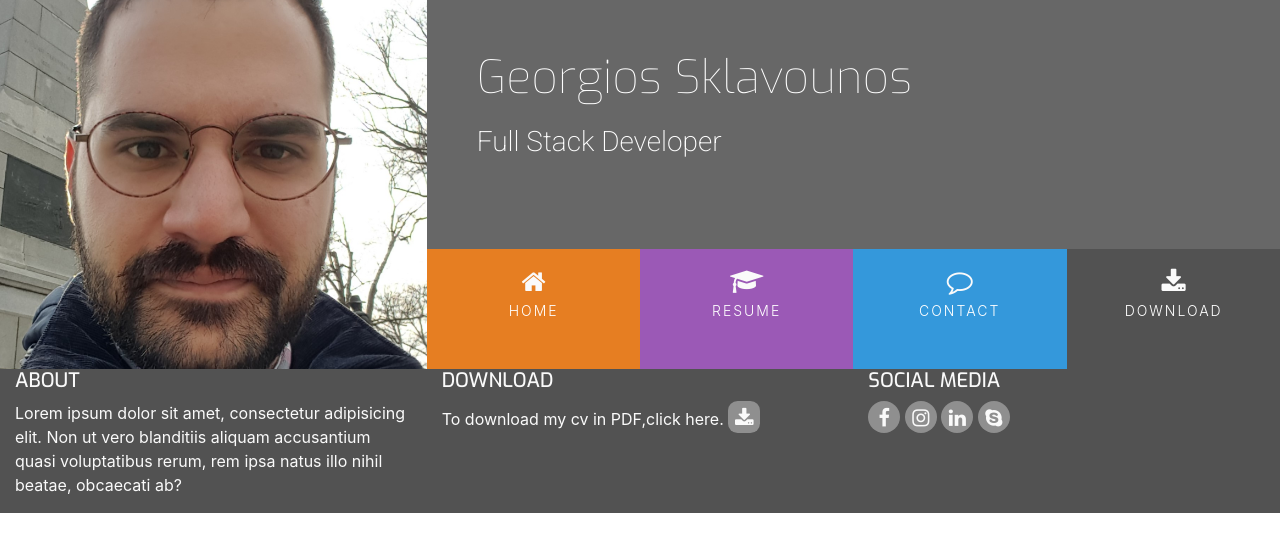
Repository: GeorgiosSklav/MyResume
Page: index.html
The author's editor kept a record of every edit. The page is drawn from the files as they stood at one moment, then again after the next edit.
The browser window is 1280 px wide. The pictures show the whole page.

Above is the page before.

### index.html
<!DOCTYPE html>
<html lang="en">

<head>
    <meta charset="UTF-8">
    <meta name="viewport" content="width=device-width, initial-scale=1.0">
    <meta http-equiv="X-UA-Compatible" content="ie=edge">
    <link rel="stylesheet" href="https://stackpath.bootstrapcdn.com/bootstrap/4.3.1/css/bootstrap.min.css" type="text/css" />
    <link rel="stylesheet" href="https://stackpath.bootstrapcdn.com/font-awesome/4.7.0/css/font-awesome.min.css" type="text/css" />
    <link rel="stylesheet" href="assets/css/style.css" type="text/css" />
    <link rel="stylesheet" href="https://cdnjs.cloudflare.com/ajax/libs/hover.css/2.3.1/css/hover-min.css" type="text/css" />
    <title>Georgios Sklavounos resume</title>
</head>

<body>
    <header>
        <div class="row no-gutters">
            <a href="index.html" class="col-md-4 logo">

            </a>
            <div class="col-md-8">
                <div class="row no-gutters bg-color-name-title">
                    <div class="col heading">
                        <h1 class="name">Georgios Sklavounos</h1>
                        <h2 class="title">Full Stack Developer</h2>
                    </div>
                </div>
                <div class="row no-gutters">
                    <div class="col">
                        <ul id="nav" class="list-inline menucontainer">
                            <li class="col-6 col-sm-3 color-home list-inline-item menu-item">
                                <a href="#" class="hvr-sweep-to-right"><i class="fa fa-home" aria-hidden="true"></i><span>Home</span></a>
                            </li>
                            <li class="col-6 col-sm-3 color-resume list-inline-item menu-item">
                                <a href="#" class="hvr-sweep-to-left"><i class="fa fa-graduation-cap" aria-hidden="true"></i><span>Resume</span></a>
                            </li>
                            <li class="col-6 col-sm-3 color-contact list-inline-item menu-item">
                                <a href="#" class="hvr-sweep-to-right"><i class="fa fa-comment-o" aria-hidden="true"></i><span>Contact</span></a>
                            </li>
                            <li class="col-6 col-sm-3 color-download list-inline-item menu-item">
                                <a href="#" class="hvr-sweep-to-left"><i class="fa fa-download" aria-hidden="true"></i><span>Download</span></a>
                            </li>
                        </ul>
                    </div>
                </div>
            </div>
    </header>
    <setion>

    </setion>
    <footer class="container-fluid">
        <div class="row">
            <div class="col-sm-4">
                <h5 class="uppercase general-sub">About</h5>
                <p class="inline-block">
                    Lorem ipsum dolor sit amet, consectetur adipisicing elit. Non ut vero blanditiis aliquam accusantium quasi voluptatibus rerum, rem ipsa natus illo nihil beatae, obcaecati ab?
                </p>
            </div>
            <div class="col-sm-4">
                <h5 class="uppercase general-sub">Download</h5>
                <p class="inline-block">
                    To download my cv in PDF,click here.
                    <a href="#" target="_blank" class="cv-pdf">
                        <i class="fa fa-download" aria-hidden="true"></i>
                        <span class="sr-only">Download icon.</span>
                    </a>
                </p>
            </div>
            <div class="col-sm-4">
                <h5 class="uppercase general-sub">Social Media</h5>
                <ul class="list-inline social-links">
                    <li class="list-inline-item">
                        <a target="_blank" href="#" >
                            <i class="fa fa-facebook"></i>
                            <span class="sr-only">Facebook</span>
                        </a>
                    </li>
                    <li class="list-inline-item">
                        <a target="_blank" href="#" >
                            <i class="fa fa-instagram"></i>
                            <span class="sr-only">Instagram</span>
                        </a>
                    </li>
                    <li class="list-inline-item">
                        <a target="_blank" href="#" >
                            <i class="fa fa-linkedin"></i>
                            <span class="sr-only">Linked-In</span>
                        </a>
                    </li>
                    <li class="list-inline-item">
                        <a target="_blank" href="#" >
                            <i class="fa fa-skype"></i>
                            <span class="sr-only">Skype</span>
                        </a>
                    </li>
                </ul>
            </div>
        </div>
    </footer>
</body>

</html>

### assets/css/style.css
@import url('https://fonts.googleapis.com/css?family=Roboto:100,200,300,400,500,600,700|Exo:100,200,300,400,500,600,700');



/*-------------------------colours*/

.bg-color-name-title {
    background-color: #676767;
}

.color-home {
    background-color: #e67e22;
}

.color-resume {
    background-color: #9b59b6;
}

.color-contact {
    background-color: #3498db;
}

.color-download {
    background-color: #525252;
}


/*---------------------------------Paddings,texts,etc*/

h1,
h2,
h3,
h4 {
    margin: 0;
}

.uppercase {
    text-transform: uppercase;
}

.general-sub {
    font-family: "Exo", sans-serif;
    color: #fafafa;
}

.inline-block {
    display: inline-block;
}



/*----------------------heading*/

header {
    margin: 0;
}

.heading {
    margin-left: 50px;
}

.logo {
    background: url("../images/pic2.jpg");
    background-position: center;
    background-repeat: no-repeat;
    background-size: cover;
    min-height: 360px;
    transition: all 0.5s ease-in-out;
    -moz-transition: all 0.5s ease-in-out;
    -webkit-transition: all 0.5s ease-in-out;

}

.name {
    font-family: "Exo", sans-serif;
    font-weight: 100;
    font-size: 46px;
    margin-top: 50px;
    color: #fff;
}

.title {
    font-family: "Roboto", sans-serif;
    font-weight: 200;
    font-size: 28px;
    margin-top: 20px;
    margin-bottom: 90px;
    color: #fff;
}

.list-inline-item:not(:last-child) {
    margin: 0;
}

.menucontainer {
    font-size: 0;
}

#nav {
    margin: 0;
}

#nav li {
    font-size: 14px;
    padding: 0;
}

.menu-item {
    height: 120px;
    text-align: center;
    padding: 0;
}

.menu-item a {
    width: 100%;
    text-decoration: none;
    color: #fff;
    height: 120px;
}

.menu-item a i {
    padding-top: 20px;
    display: block;
    color: #fafafa;
    font-size: 26px;
}

.menu-item span {
    display: block;
    width: 100%;
    padding-top: 5px;
    text-align: center;
    text-transform: uppercase;
    font-size: 14px;
    font-weight: 300;
    letter-spacing: 2px;
}

/*--------------------------hover style*/

.hvr-sweep-to-right:before {
    background: rgb(0, 0, 0);
    height: 120px;
}

.hvr-sweep-to-left:before {
    background: rgba(0, 0, 0, 0.2);
    height: 120px;
}

/*---------------------------------footer*/

footer {
    background-color: #525252;
    color: #fafafa;
    min-height: 120px;
    margin: 0;
}

.social-links i {
    width: 32px;
    height: 32px;
    padding: 12px 0;
    border-radius: 50%;
    font-size: 20px;
    line-height: 10px;
    text-align: center;
    color: #fafafa;
    background: #8f8f8f;
    transition: all 0.35s ease-in-out;
    -moz-transition: all 0.35s ease-in-out;
    -o-transition: all 0.35s ease-in-out;
    -webkit-transition: all 0.35s ease-in-out;

}

.cv-pdf i {
    /*font-size: 19px;
    text-align: center;
    color: #fafafa;
    padding-left: 5px;
    transition: all 0.35s ease-in-out;
    -moz-transition: all 0.35s ease-in-out;
    -o-transition: all 0.35s ease-in-out;
    -webkit-transition: all 0.35s ease-in-out;*/
       width: 32px;
    height: 32px;
    padding: 12px 0;
    border-radius: 30%;
    font-size: 20px;
    line-height: 10px;
    text-align: center;
    color: #fafafa;
    background: #8f8f8f;
    transition: all 0.35s ease-in-out;
    -moz-transition: all 0.35s ease-in-out;
    -o-transition: all 0.35s ease-in-out;
    -webkit-transition: all 0.35s ease-in-out;


}

.cv-pdf i:hover {
    color: #e84610;
}
.social-links i:hover {
   color: #8f8f8f;
   background: #e84610;
}

After the next edit:
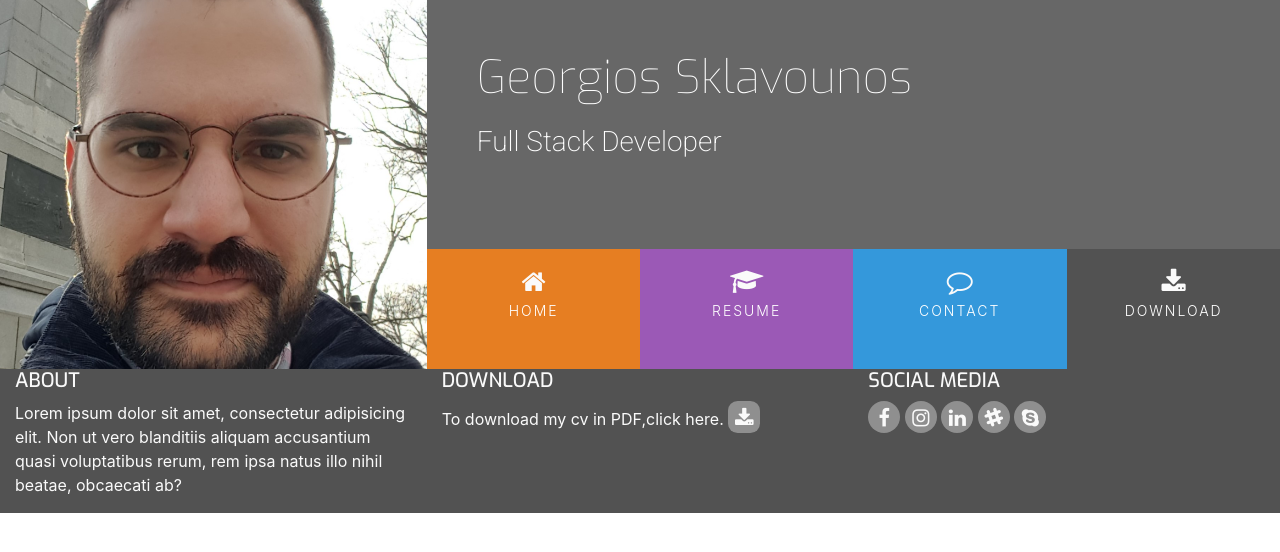
The edit:
--- a/index.html
+++ b/index.html
@@ -89,6 +89,12 @@
                     </li>
                     <li class="list-inline-item">
                         <a target="_blank" href="#" >
+                            <i class="fa fa-slack"></i>
+                            <span class="sr-only">Slack</span>
+                        </a>
+                    </li>
+                    <li class="list-inline-item">
+                        <a target="_blank" href="#" >
                             <i class="fa fa-skype"></i>
                             <span class="sr-only">Skype</span>
                         </a>
